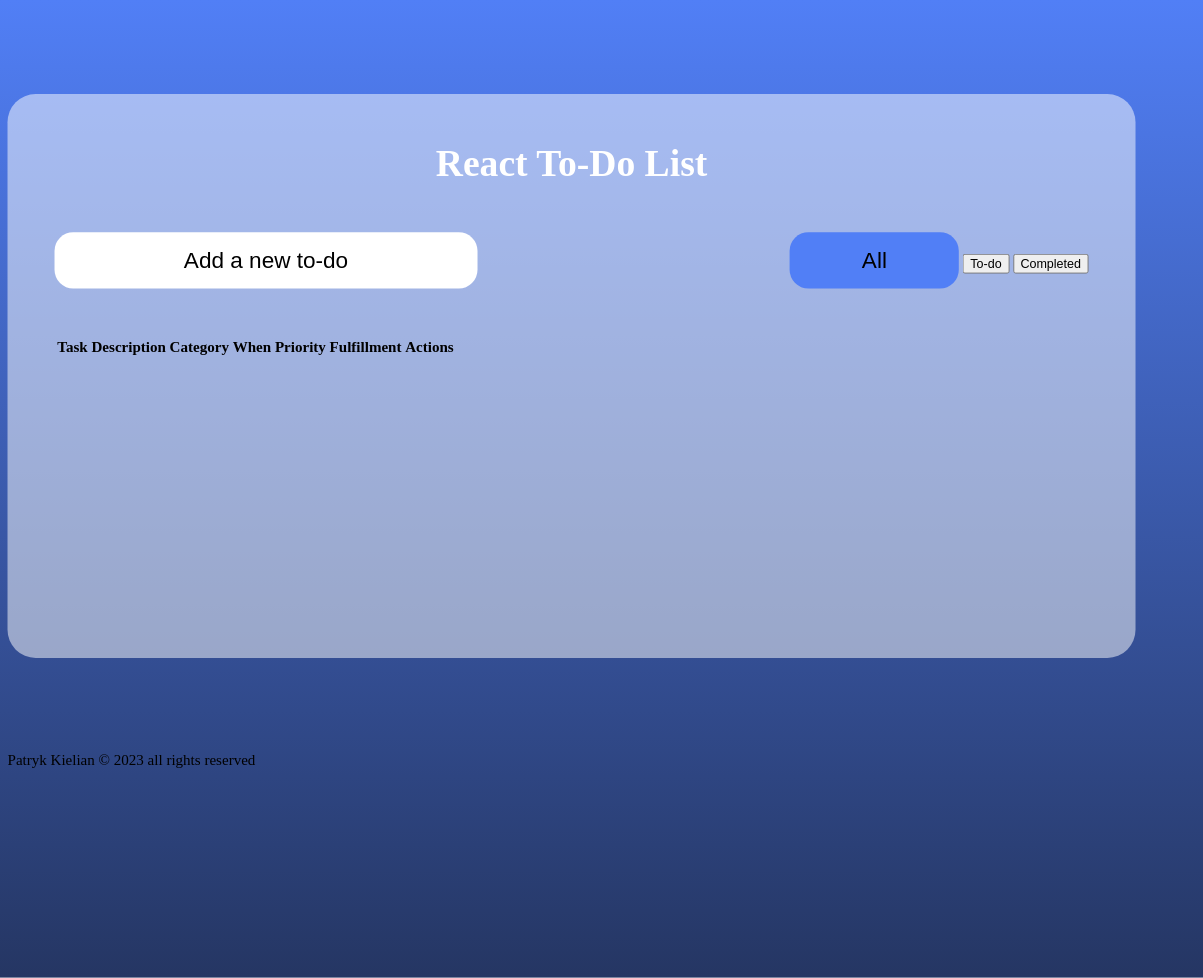
Repository: mirajane2/maquette-todo
Page: index.html
These files come from the project's save history. The page is drawn as it stood at one moment and after the next save; the edit follows.
The browser window is 1280 px wide. The pictures show the whole page, at 94% of full size.

Above is the page before, as saved 2024-11-13 11:11:13.

### index.html
<!DOCTYPE html>
<html lang="fr">
<head>
    <meta charset="UTF-8">
    <meta name="viewport" content="width=device-width, initial-scale=1.0">
    <link rel="stylesheet" href="index.css">
    <title>Maquette Figma</title>
</head>
<body>
    <div class="container">
        <div class="content">
            <h1 class="titre">React To-Do List</h1>
            <div class="control">
                <button class="taches"> Add a new to-do</button>
                <div class="choix_selection">
                    <button class="show">All</button>
                    <button class="options">To-do</button>
                    <button class="options">Completed</button>
                </div>
            </div>

            <div class="table">
                <table>
                    <thead>
                        <tr>
                            <th>Task</th>
                            <th>Description</th>
                            <th>Category</th>
                            <th>When</th>
                            <th>Priority</th>
                            <th>Fulfillment</th>
                            <th>Actions</th>
                        </tr>
                    </thead>
                    <tbody class="valeur">
                        <script src="script.js"></script>
                    </tbody>
                </table>
            </div>
        </div>
        <footer>
            <p>Patryk Kielian © 2023 all rights reserved</p>
        </footer>
    </div>
</body>
</html>

### index.css
html{
    min-height: 100vh;
    background: linear-gradient(180deg, #517FF6, #253663);
}

.container {
    width: 1197px;
    height: 932px;
}

.content{
    width: 1100px;
    min-height: 500px;
    background-color: #FFFFFF80;
    border-radius: 30px;
    margin: 100px auto;
    padding: 50px;
}

.titre{
    color: #FFFFFF;
    text-align: center;
    font-weight: 700px;
    font-size: 40px;
    margin: 0 auto;
}

.control{

    display: flex;
    justify-content: space-between;
    margin: 50px 0;
}

.taches{
    font-size: 24px;
    font-weight: 400px;
    height: 60px;
    width: 450px;
    border-radius: 20px;
    border: none;
    background-color: #FFFFFF;

}

.show{
    background-color: #517FF6;
    border-radius: 20px;
    width: 180px;
    height: 60px;
    font-size: 24px;
    margin-left: 20px;
    padding: 0;
    border: none;

}

Loaded but not shown: script.js (no stored copy; drawn as an empty file)

After the next save:
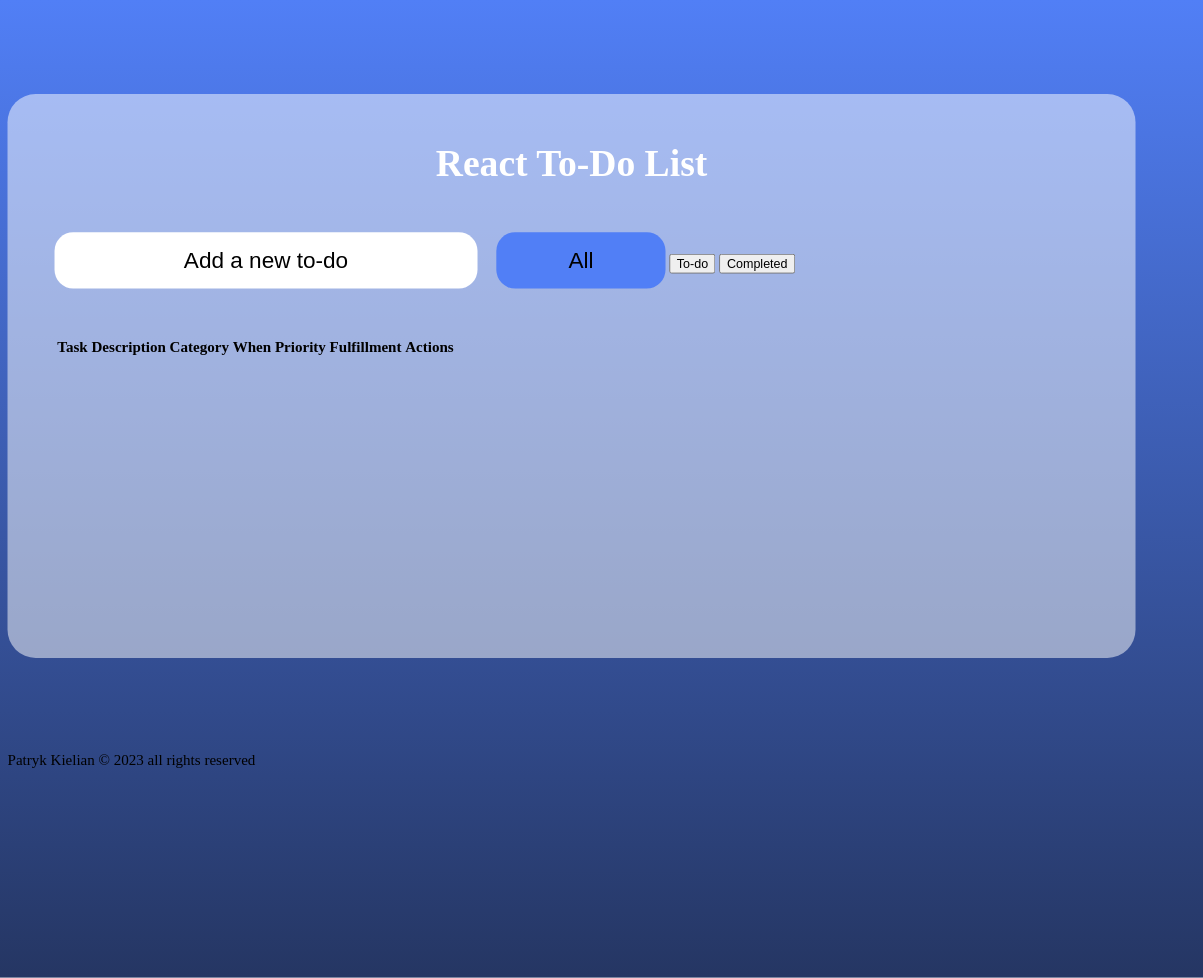
Saved 8 s later.
--- a/index.css
+++ b/index.css
@@ -26,9 +26,9 @@ html{
 }
 
 .control{
+    flex-direction: row;
+    display: flex;
 
-    display: flex;
-    justify-content: space-between;
     margin: 50px 0;
 }
 
